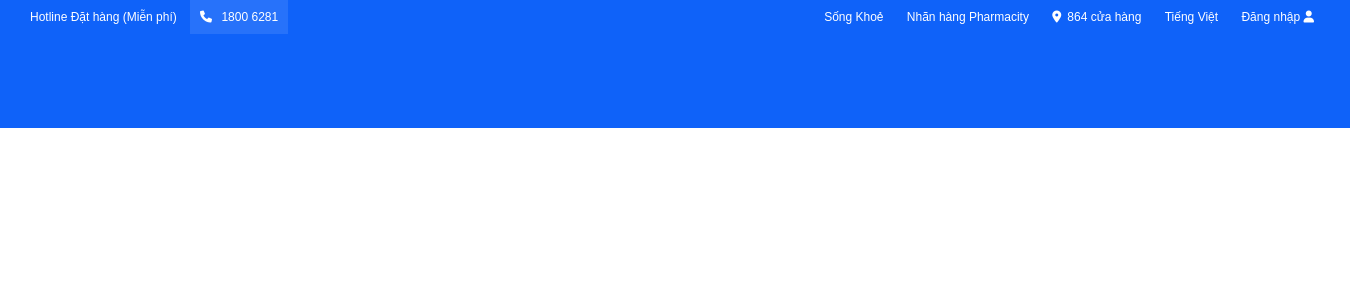
Repository: CGAnVil/case-module3-nhom6
Page: src/main/webapp/index.html
These files come from the project's save history. The page is drawn as it stood at one moment and after a run of saves; the edit follows.
The browser window is 1280 px wide. The page is 1350 px wide, so the pictures cover 1350 px, including what lies to the right of the window. The pictures show the whole page.

Above is the page before, as saved 2022-03-08 16:05:26.

### src/main/webapp/index.html
<!DOCTYPE html>
<html lang="en">

<head>
    <meta charset="UTF-8">
    <meta http-equiv="X-UA-Compatible" content="IE=edge">
    <meta name="viewport" content="width=device-width, initial-scale=1.0">
    <link rel="stylesheet" href="https://cdnjs.cloudflare.com/ajax/libs/font-awesome/6.0.0/css/all.min.css" integrity="sha512-9usAa10IRO0HhonpyAIVpjrylPvoDwiPUiKdWk5t3PyolY1cOd4DSE0Ga+ri4AuTroPR5aQvXU9xC6qOPnzFeg==" crossorigin="anonymous" referrerpolicy="no-referrer">
    <link rel="stylesheet" href="./style.css">
    <title>Document</title>
</head>

<body>
    <div class="container">
        <div class="header">
            <div class="header-top">
                <div class="header-top-left">
                    <a href="#">Hotline Đặt hàng (Miễn phí)</a>
                    <a href="tel: 1800 6281">
                        <i class="fa-solid fa-phone"></i> 1800 6281
                    </a>
                </div>
                <div class="header-top-right">
                    <a href="#">Sống Khoẻ</a>
                    <a href="#">Nhãn hàng Pharmacity</a>
                    <a href="#">
                        <i class="fa-solid fa-location-dot"></i>864 cửa hàng
                    </a>
                    <a href="#">Tiếng Việt</a>
                    <a href="#">
                    Đăng nhập
                    <i class="fa-solid fa-user"></i>
                </a>
                </div>
            </div>
            <div class="header-middle"></div>
            <div class="header-bottom"></div>
        </div>
    </div>
</body>

</html>

### src/main/webapp/style.css
* {
    padding: 0;
    margin: 0;
    box-sizing: border-box;
}

body {
    font-family: sans-serif;
}

a {
    text-decoration: none;
}

.header {
    background: #0f62f9;
    width: 1350px;
    height: 128px;
    font-size: 12px;
}

.header-top {
    display: flex;
    justify-content: space-between;
    align-items: center;
    padding: 10px 20px;
}

.header .header-top a {
    color: #fff;
    padding: 10px;
}

.header .header-top a i {
    padding-right: 6px;
}

.header-top-left a:nth-child(2) {
    background-color: rgba(255, 255, 255, 0.1);
}

After the next 2 saves:
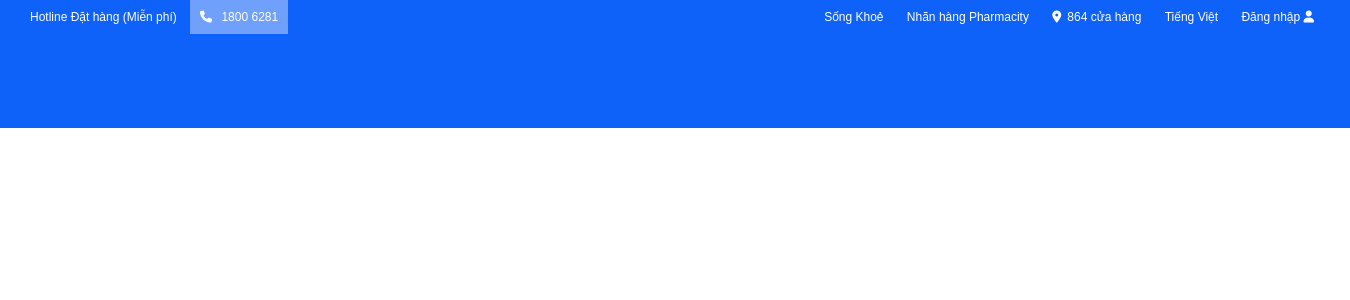
The 2 saves are shown as one change because they came seconds apart.
The last was saved 9 s later.
--- a/src/main/webapp/style.css
+++ b/src/main/webapp/style.css
@@ -36,5 +36,5 @@ a {
 }
 
 .header-top-left a:nth-child(2) {
-    background-color: rgba(255, 255, 255, 0.1);
+    background-color: rgba(255, 255, 255, 0.4);
 }
